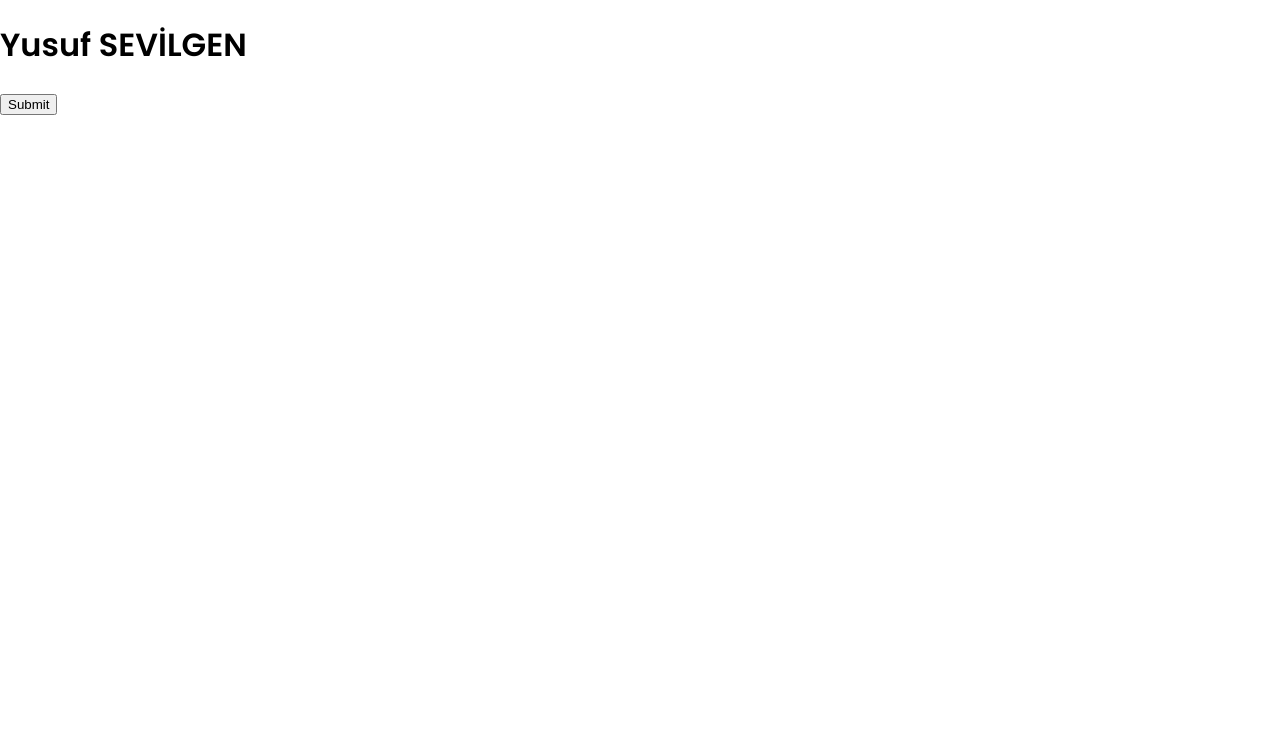
Repository: sevilgenysf/javascript-two
Page: index.html
The author's editor kept a copy of each file at every save. The page is drawn from the files as they stood at one save, then again after the next save.
The browser window is 1280 px wide. The pictures show the whole page.

Above is the page before, as saved 2022-02-24 15:56:04.
Console error: SyntaxError: Unexpected token '{'

After the next save:
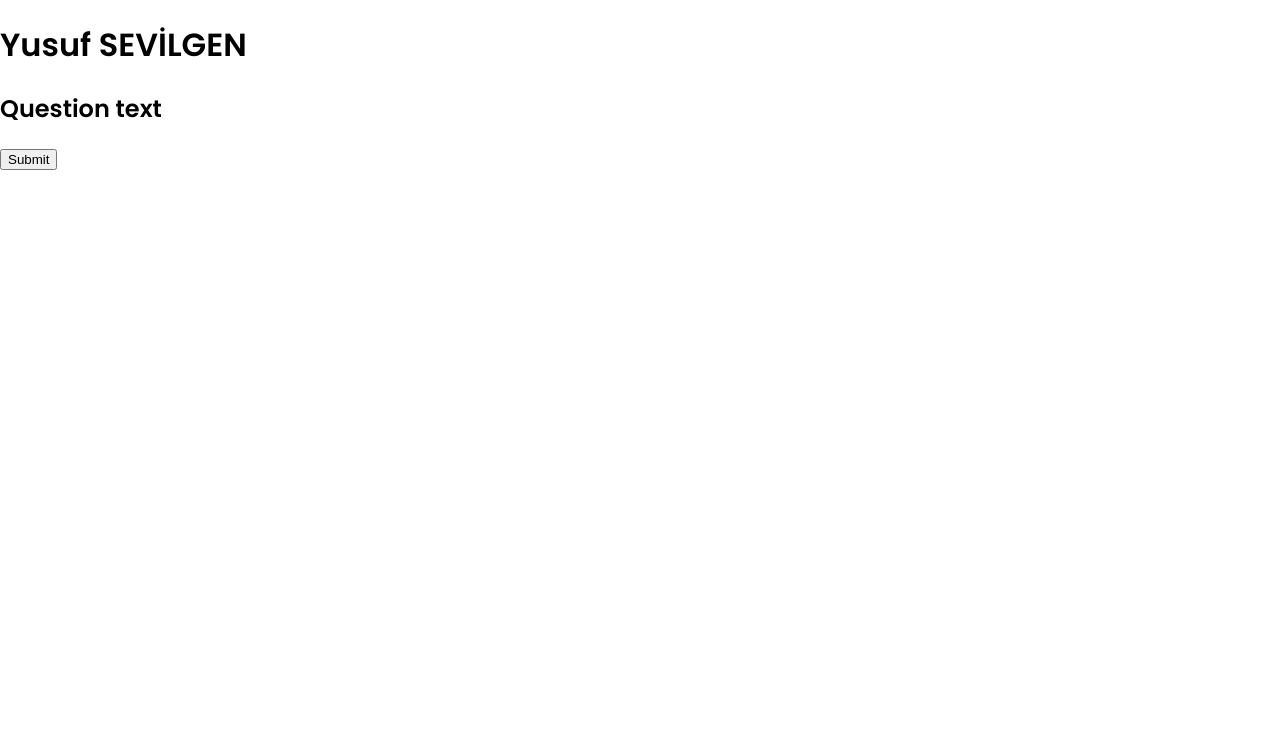
Saved 15 s later.
--- a/index.html
+++ b/index.html
@@ -14,6 +14,7 @@
 	<div>
 		<h1>Yusuf SEVİLGEN</h1>
 		<div class="quiz-container">
+			<h2>Question text</h2>
 			<button>Submit</button>
 		</div>
 	</div>
